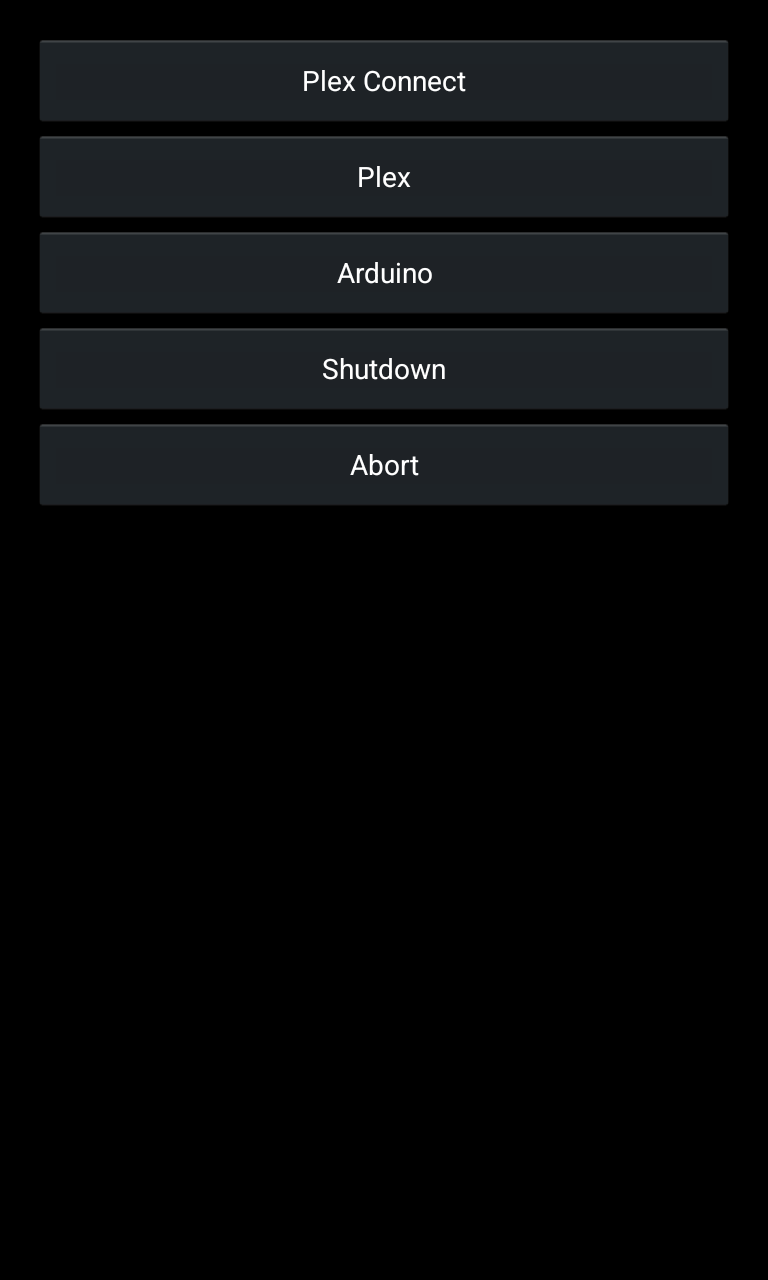
Repository: juanlurie/Android
Layout: TcpClient/res/layout/activity_main.xml
An editor plug-in stored every save of this project. The layout is shown before and after the next save, followed by the edit.
It is drawn on a 768 x 1280 px phone screen (xhdpi) without system bars, with theme AppTheme; the app's code is not run.

Above is the layout before, as saved 2013-08-09 07:09:40.

After the next save:
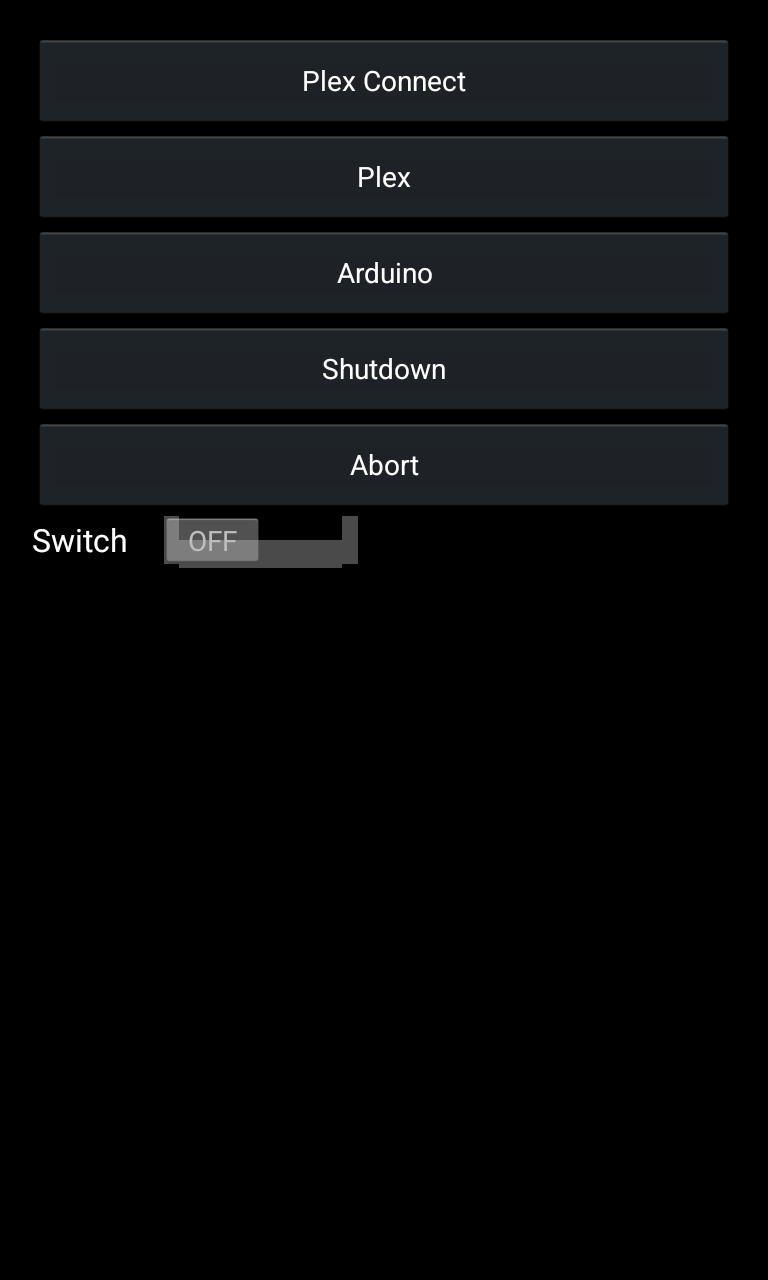
Saved 53 s later.
--- a/TcpClient/res/layout/activity_main.xml
+++ b/TcpClient/res/layout/activity_main.xml
@@ -54,4 +54,10 @@
         android:text="Abort"
         android:textColor="#FFFFFF" />
 
+    <Switch
+        android:id="@+id/switch1"
+        android:layout_width="wrap_content"
+        android:layout_height="wrap_content"
+        android:text="Switch" />
+
 </LinearLayout>
